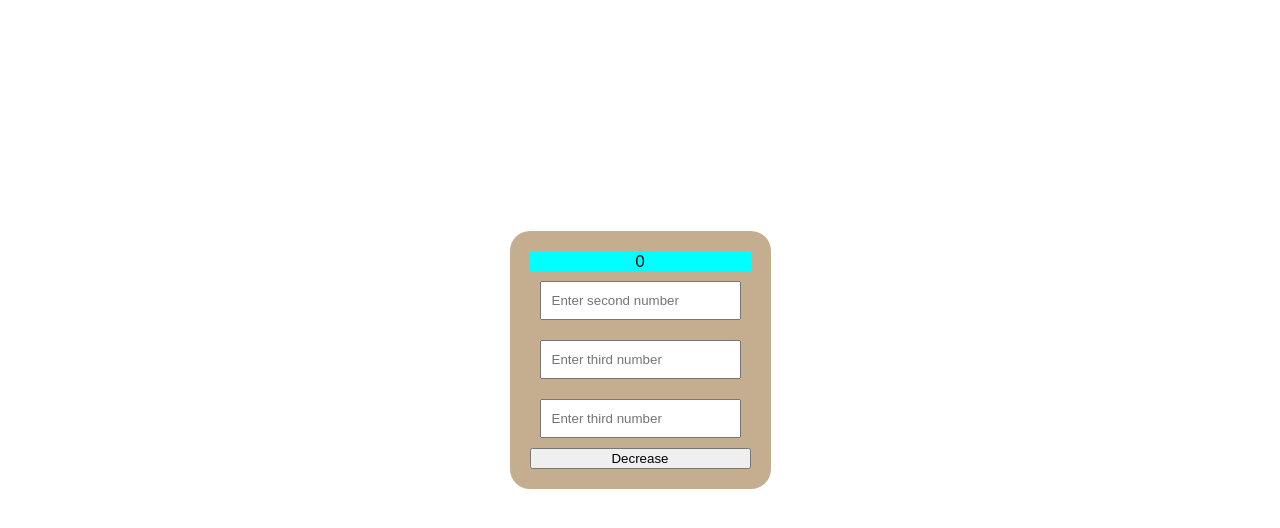
Repository: purnimapatel/SI-calculator
Page: /
These files come from the project's save history. The page is drawn as it stood at one moment and after the next save; the edit follows.
The browser window is 1280 px wide. The pictures show the whole page.
The project was rebuilt for these pictures with package versions that can differ from the ones it lists, and the page was loaded fresh each time.

Above is the page before, as saved 2024-08-26 11:31:17.

After the next save:
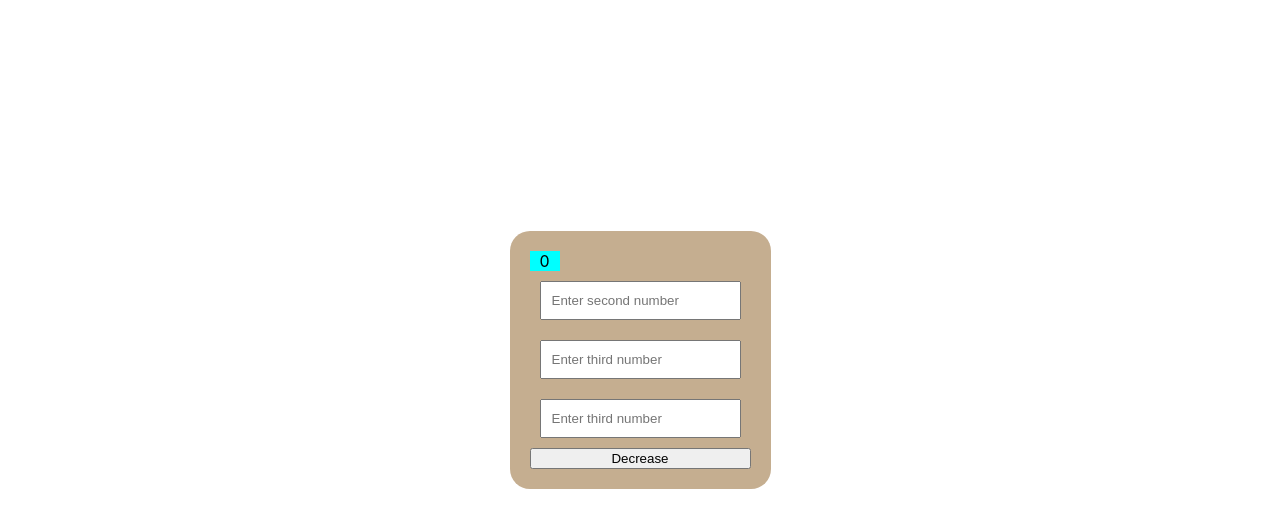
Saved 66 s later.
--- a/src/App.css
+++ b/src/App.css
@@ -27,6 +27,8 @@
   justify-content: center;
   padding:0px 0px;
   background-color:aqua;
+  width:30px
+
 }
 input[type=number]::-webkit-outer-spin-button,
 input[type=number]::-webkit-inner-spin-button {
